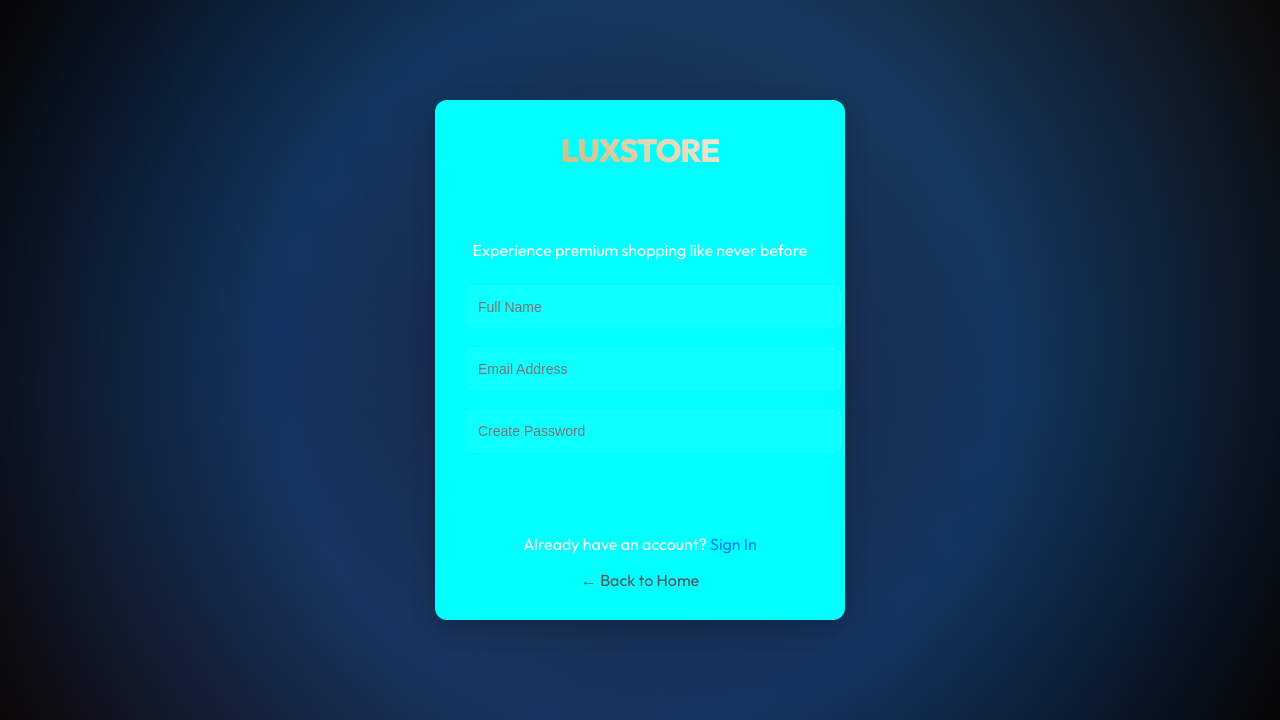
Repository: pradeepkumarh-17/Ecommerce
Page: http://localhost/EcomStore/views/auth/register.jsp
These files come from the project's save history. The page is drawn as it stood at one moment and after the next save; the edit follows.
The browser window is 1280 px wide. The pictures show the whole page.
Some web libraries are served in a nearby version. The page is served by Tomcat 10. Other server files are loaded and not shown.

Above is the page before, as saved 2026-05-03 07:57:20.

### EcomStore/src/main/webapp/views/auth/register.jsp
<%@ page contentType="text/html; charset=UTF-8" pageEncoding="UTF-8"%>

<!DOCTYPE html>
<html>
<head>
    <meta charset="UTF-8">
    <meta name="viewport" content="width=device-width, initial-scale=1.0">
    <title>Create Account | LuxStore</title>

    <!-- Google Fonts -->
    <link rel="preconnect" href="https://fonts.googleapis.com">
    <link rel="preconnect" href="https://fonts.gstatic.com" crossorigin>
    <link href="https://fonts.googleapis.com/css2?family=Outfit:wght@300;400;600;800&display=swap" rel="stylesheet">

    <link rel="stylesheet" href="<%= request.getContextPath() %>/assets/css/auth.css">
    <link rel="stylesheet" href="<%= request.getContextPath() %>/assets/css/modern-ui.css">

    <!-- GSAP -->
    <script src="https://cdnjs.cloudflare.com/ajax/libs/gsap/3.12.2/gsap.min.js"></script>
</head>

<body class="auth-page">

    <div class="bg-animation"></div>

    <div class="auth-container container-3d">

        <div class="auth-box glass-panel">

            <div class="logo">LUX<span>STORE</span></div>
            <h2>Join LuxStore</h2>
            <p class="subtitle">Experience premium shopping like never before</p>

            <form action="<%= request.getContextPath() %>/auth" method="post" class="animated-form">

                <input type="hidden" name="action" value="register">

                <div class="input-group">
                    <input type="text" name="name" placeholder="Full Name" required>
                </div>

                <div class="input-group">
                    <input type="email" name="email" placeholder="Email Address" required>
                </div>

                <div class="input-group">
                    <input type="password" name="password" placeholder="Create Password" required>
                </div>

                <button type="submit" class="cart-btn">Create Account</button>

            </form>

            <p class="switch">
                Already have an account? <a href="<%= request.getContextPath() %>/views/auth/login.jsp">Sign In</a>
            </p>

            <a class="back-home" href="<%= request.getContextPath() %>/views/user/home.jsp">
                <span>&larr;</span> Back to Home
            </a>
        </div>

    </div>

    <script>
        document.addEventListener('DOMContentLoaded', () => {
            gsap.from('.auth-box', {
                duration: 1.2,
                y: 100,
                opacity: 0,
                scale: 0.8,
                rotationX: -20,
                ease: 'power4.out'
            });

            gsap.from('.input-group, .cart-btn', {
                duration: 1,
                x: 30,
                opacity: 0,
                stagger: 0.1,
                delay: 0.5,
                ease: 'power3.out'
            });
        });
    </script>
</body>
</html>

### EcomStore/src/main/webapp/assets/css/auth.css
body {
    margin: 0;
    font-family: 'Segoe UI', sans-serif;
    background: linear-gradient(135deg, #4facfe, #00f2fe);
    height: 100vh;
}

/* CENTER */
.auth-container {
    display: flex;
    justify-content: center;
    align-items: center;
    height: 100%;
}

/* CARD */
.auth-box {
    width: 350px;
    padding: 30px;
    background: rgb(0, 255, 255);
    border-radius: 12px;
    box-shadow: 0 8px 25px rgba(0,0,0,0.2);
    text-align: center;
}

/* TITLE */
.auth-box h2 {
    margin-bottom: 20px;
    color:#00ffff;
}

/* INPUT */
.auth-box input {
    width: 100%;
    padding: 12px;
    margin: 10px 0;
    border-radius: 8px;
    border: 1px solid rgb(128, 255, 0);
    font-size: 14px;
}

/* FOCUS */
.auth-box input:focus {
    border-color: #28a745;
    outline: none;
}

/* BUTTON */
.auth-box button {
    width: 100%;
    padding: 12px;
    background: #ff0000; /* red */
    color: white;
    border: none;
    border-radius: 8px;
    font-size: 16px;
    cursor: pointer;
    transition: 0.3s;
}

/* Hover effect */
.auth-box button:hover {
    background: #ff0000; /* darker red */
}

/* SWITCH LINK */
.switch {
    margin-top: 15px;
}

.switch a {
    color: #007bff;
    text-decoration: none;
}

/* BACK HOME */
.back-home {
    display: block;
    margin-top: 15px;
    text-decoration: none;
    color: #555;
}

/* ERROR */
.error {
    color: red;
    margin-bottom: 10px;
}

### EcomStore/src/main/webapp/assets/css/modern-ui.css
:root {
    --primary: #c5a358; /* Gold accent */
    --secondary: #1a1a2e; /* Deep dark blue */
    --accent: #e94560; /* Vibrant pink/red */
    --bg-dark: #0f3460;
    --glass: rgba(255, 255, 255, 0.05);
    --glass-border: rgba(255, 255, 255, 0.1);
    --glass-text: rgba(255, 255, 255, 0.8);
    --shadow-3d: 0 20px 40px rgba(0,0,0,0.4), 0 10px 10px rgba(0,0,0,0.2);
    --transition-fast: 0.3s cubic-bezier(0.4, 0, 0.2, 1);
    --transition-slow: 0.6s cubic-bezier(0.4, 0, 0.2, 1);
}

@import url('https://fonts.googleapis.com/css2?family=Outfit:wght@300;400;600;800&display=swap');

body {
    margin: 0;
    font-family: 'Outfit', sans-serif;
    background: #050505;
    color: #fff;
    overflow-x: hidden;
    scroll-behavior: smooth;
}

/* Animated Gradient Background */
.bg-animation {
    position: fixed;
    top: 0;
    left: 0;
    width: 100%;
    height: 100%;
    background: radial-gradient(circle at 50% 50%, #16213e 0%, #0f3460 50%, #050505 100%);
    z-index: -1;
    overflow: hidden;
}

.bg-animation::after {
    content: '';
    position: absolute;
    top: -50%;
    left: -50%;
    width: 200%;
    height: 200%;
    background: radial-gradient(circle at 30% 30%, rgba(197, 163, 88, 0.05) 0%, transparent 40%),
                radial-gradient(circle at 70% 70%, rgba(233, 69, 96, 0.05) 0%, transparent 40%);
    animation: rotateBG 20s linear infinite;
}

@keyframes rotateBG {
    0% { transform: rotate(0deg); }
    100% { transform: rotate(360deg); }
}

/* 3D Perspective Container */
.container-3d {
    perspective: 1000px;
}

/* Glassmorphism Header */
.header {
    background: rgba(15, 52, 96, 0.7) !important;
    backdrop-filter: blur(15px);
    border-bottom: 1px solid var(--glass-border);
    position: sticky;
    top: 0;
    z-index: 1000;
    padding: 15px 60px !important;
    transition: var(--transition-fast);
}

.header.scrolled {
    padding: 10px 60px !important;
    background: rgba(15, 52, 96, 0.9) !important;
}

.logo {
    font-size: 32px !important;
    background: linear-gradient(45deg, var(--primary), #fff);
    -webkit-background-clip: text;
    background-clip: text;
    -webkit-text-fill-color: transparent;
    font-weight: 800 !important;
    letter-spacing: -1px;
}

.nav-links a {
    color: var(--glass-text) !important;
    position: relative;
    font-weight: 400 !important;
    padding: 5px 10px;
    border-radius: 5px;
    transition: var(--transition-fast);
}

.nav-links a::after {
    content: '';
    position: absolute;
    bottom: 0;
    left: 50%;
    width: 0;
    height: 2px;
    background: var(--primary);
    transition: var(--transition-fast);
    transform: translateX(-50%);
}

.nav-links a:hover {
    color: #fff !important;
}

.nav-links a:hover::after {
    width: 80%;
}

/* 3D Glass Product Card */
.product-card {
    background: var(--glass) !important;
    backdrop-filter: blur(10px);
    border: 1px solid var(--glass-border) !important;
    border-radius: 20px !important;
    padding: 20px !important;
    transform-style: preserve-3d;
    transition: transform 0.5s cubic-bezier(0.23, 1, 0.32, 1), box-shadow 0.5s ease !important;
    position: relative;
}

.product-card:hover {
    transform: translateY(-10px) rotateX(5deg) rotateY(-5deg) !important;
    box-shadow: 0 30px 60px rgba(0,0,0,0.6) !important;
    border-color: var(--primary) !important;
}

.product-card img {
    border-radius: 15px !important;
    transform: translateZ(20px);
    transition: var(--transition-fast);
    box-shadow: 0 10px 20px rgba(0,0,0,0.3);
}

.product-card h3 {
    color: #fff !important;
    transform: translateZ(30px);
    margin: 15px 0 5px 0 !important;
}

.product-card .price {
    color: var(--primary) !important;
    transform: translateZ(25px);
    font-size: 20px !important;
}

.cart-btn {
    background: linear-gradient(45deg, var(--primary), #b08d42) !important;
    border: none !important;
    border-radius: 30px !important;
    color: #000 !important;
    font-weight: 700 !important;
    padding: 12px !important;
    margin-top: 15px !important;
    transform: translateZ(40px);
    transition: var(--transition-fast) !important;
    cursor: pointer;
}

.cart-btn:hover {
    background: #fff !important;
    transform: translateZ(50px) scale(1.05) !important;
    box-shadow: 0 0 20px var(--primary);
}

/* Hero Section Enhancement */
.hero {
    height: 450px !important;
    border-radius: 30px !important;
    position: relative;
    overflow: hidden;
    background: none !important;
    border: 1px solid var(--glass-border);
}

.hero::before {
    content: '';
    position: absolute;
    top: 0;
    left: 0;
    width: 100%;
    height: 100%;
    background: linear-gradient(rgba(0,0,0,0.2), rgba(0,0,0,0.8)), url('https://images.unsplash.com/photo-1441986300917-64674bd600d8?ixlib=rb-1.2.1&auto=format&fit=crop&w=1350&q=80');
    background-size: cover;
    background-position: center;
    z-index: -1;
    transition: transform 5s ease;
}

.hero:hover::before {
    transform: scale(1.1);
}

.hero h1 {
    font-size: 64px !important;
    color: #fff !important;
    text-shadow: 0 10px 20px rgba(0,0,0,0.5);
    margin-bottom: 20px !important;
}

.hero .btn {
    background: var(--primary) !important;
    color: #000 !important;
    padding: 15px 40px !important;
    border-radius: 50px !important;
    font-size: 18px !important;
    box-shadow: 0 10px 20px rgba(197, 163, 88, 0.3);
}

/* Category Cards */
.category-card {
    background: var(--glass) !important;
    border: 1px solid var(--glass-border) !important;
    color: #fff !important;
    border-radius: 15px !important;
    padding: 20px 40px !important;
    transition: var(--transition-fast) !important;
}

.category-card:hover {
    background: var(--primary) !important;
    color: #000 !important;
    transform: scale(1.1) rotate(2deg) !important;
}

/* Forms */
input, select, textarea {
    background: rgba(255,255,255,0.05) !important;
    border: 1px solid var(--glass-border) !important;
    color: #fff !important;
    border-radius: 8px !important;
    padding: 12px !important;
    transition: var(--transition-fast);
}

input:focus {
    border-color: var(--primary) !important;
    background: rgba(255,255,255,0.1) !important;
    box-shadow: 0 0 15px rgba(197, 163, 88, 0.2);
    outline: none;
}

/* Premium Scrollbar */
::-webkit-scrollbar {
    width: 8px;
}

::-webkit-scrollbar-track {
    background: #050505;
}

::-webkit-scrollbar-thumb {
    background: var(--primary);
    border-radius: 10px;
}

::-webkit-scrollbar-thumb:hover {
    background: #fff;
}

After the next save:
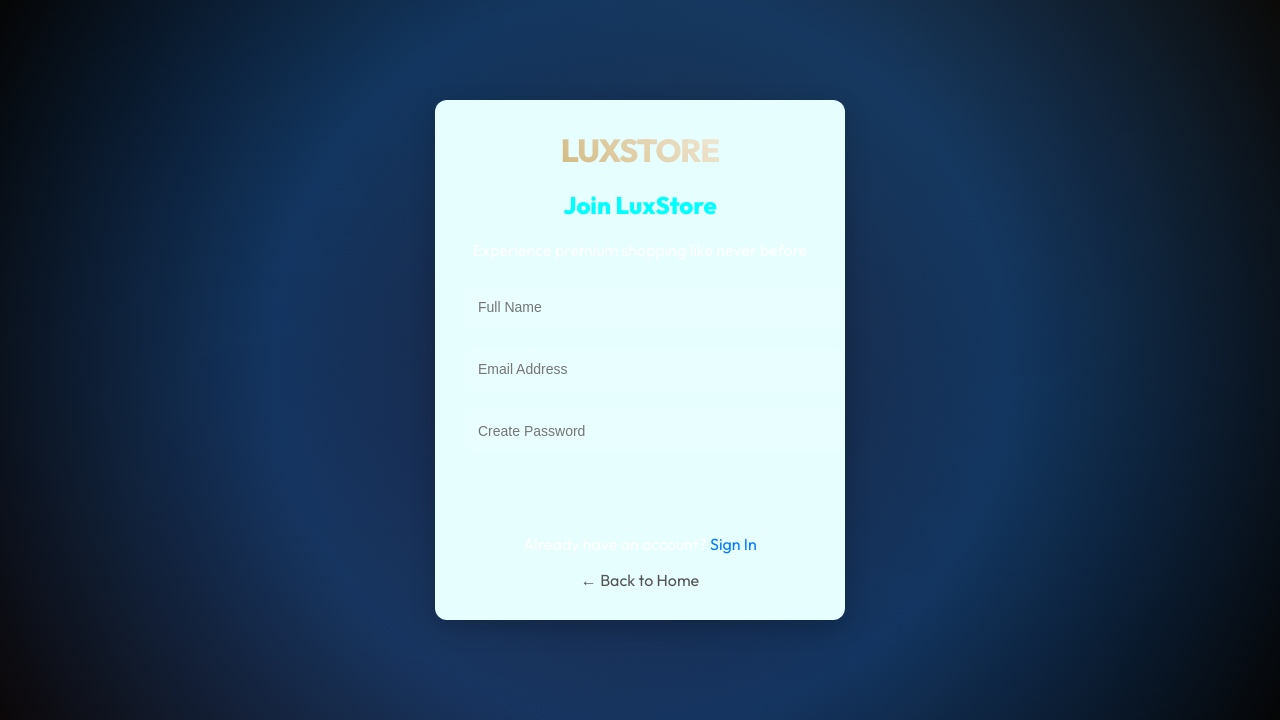
Saved 30 s later.
--- a/EcomStore/src/main/webapp/assets/css/auth.css
+++ b/EcomStore/src/main/webapp/assets/css/auth.css
@@ -17,7 +17,7 @@ body {
 .auth-box {
     width: 350px;
     padding: 30px;
-    background: rgb(0, 255, 255);
+    background:#e7feff;
     border-radius: 12px;
     box-shadow: 0 8px 25px rgba(0,0,0,0.2);
     text-align: center;
